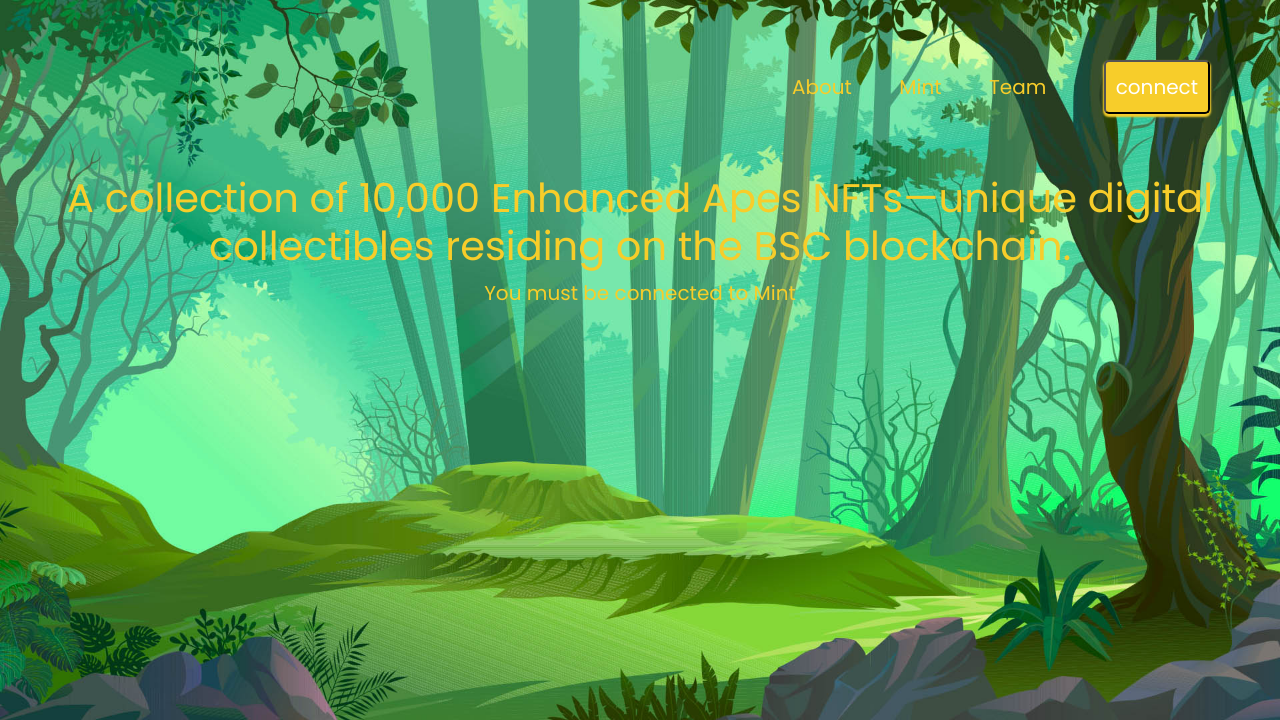
Repository: Stephegbenga/Minting-Dapp
Page: /
The author's editor kept a copy of each file at every save. The page is drawn from the files as they stood at one save, then again after the next save.
The browser window is 1280 px wide. The pictures show the whole page.
The project was rebuilt for these pictures with package versions that can differ from the ones it lists, and the page was loaded fresh each time.

Above is the page before, as saved 2022-04-07 17:08:39.

### public/index.html
<!DOCTYPE html>
<html lang="en">
  <head>
    <meta charset="utf-8" />
    <link rel="icon" href="%PUBLIC_URL%/En favicon.ico" />
    <meta name="viewport" content="width=device-width, initial-scale=1" />
    <meta name="theme-color" content="#000000" />
    <meta
      name="description"
      content="Web site created using create-react-app"
    />

    <link rel="apple-touch-icon" href="%PUBLIC_URL%/logo192.png" />
    <!--
      manifest.json provides metadata used when your web app is installed on a
      user's mobile device or desktop. See https://developers.google.com/web/fundamentals/web-app-manifest/
    -->
    <link rel="manifest" href="%PUBLIC_URL%/manifest.json" />
    <!--
      Notice the use of %PUBLIC_URL% in the tags above.
      It will be replaced with the URL of the `public` folder during the build.
      Only files inside the `public` folder can be referenced from the HTML.

      Unlike "/favicon.ico" or "favicon.ico", "%PUBLIC_URL%/favicon.ico" will
      work correctly both with client-side routing and a non-root public URL.
      Learn how to configure a non-root public URL by running `npm run build`.
    -->
    <link rel="stylesheet" href="https://stackpath.bootstrapcdn.com/bootstrap/4.3.1/css/bootstrap.min.css"/>

    <title>React App</title>
  </head>
  <body>
    <noscript>You need to enable JavaScript to run this app.</noscript>
    <div id="root"></div>
    <!--
      This HTML file is a template.
      If you open it directly in the browser, you will see an empty page.

      You can add webfonts, meta tags, or analytics to this file.
      The build step will place the bundled scripts into the <body> tag.

      To begin the development, run `npm start` or `yarn start`.
      To create a production bundle, use `npm run build` or `yarn build`.
    -->
  </body>
</html>

### src/index.js
import React from 'react';
import ReactDOM  from 'react-dom';
import './index.css';
import App from './App';
import './Font/ThunderDemo.ttf'


ReactDOM.render(
  <App />,
  document.getElementById('root')

);

### src/App.js
import './App.css';


import { useState } from 'react';
import './App.css';
import MainMint from './MainMint'
import Navbar from './NavBar'

function App() {
    const [accounts, setAccounts] = useState([]);

    return (
        <div className="overlay">
            <div className='App'>
                <Navbar accounts={accounts} setAccounts={setAccounts} />
                <MainMint accounts={accounts} setAccounts={setAccounts} />
            </div>
            <div className='Background'></div>
        </div>
    );
}

export default App;

### src/App.css
@import url("https://fonts.googleapis.com/css?family=Poppins");


.App {
  text-align: center;
  font-family: "poppins";
  font-size: 20px;
  color: #f7cd2a;
}

* {
  box-sizing: border-box;
}

body {
  overflow: hidden;
}

.overlay {
  opacity: 1;
  width: 100%;
  height: 100%;
  z-index: 10;
  top: 0;
  left: 0;
  position: fixed;
}

.Background {
  z-index: -1;
  position: absolute;
  top: 0;
  left: 0;
  right: 0;
  bottom: 0;
  background-image: url("./Assets/Background/background.jpg");
  background-size: cover;
  background-repeat: no-repeat;
  background-attachment: fixed;
  background-position: 40% 40%;
}

### src/MainMint.js
import { useState } from "react";
import{ ethers, BigNumber } from "ethers";
import { Box, Button, Flex, Flow, Text, Input } from "@chakra-ui/react"
import Kongz from "./Kongz/Kongz.json";

const KongzAddress = "0x0aee4e215fd9c07093fc7c31f67028e291c633c5";

const MainMint = ({ accounts, setAccounts}) => {
    const [mintAmount, setMintAmount] = useState(1);
    const isConnected = Boolean(accounts[0]);

    async function handleMint() {
        if (window.ethereum) {
            const provider = new ethers.providers.Web3Provider(window.ethereum);
            const signer = provider.getSigner();
            const contract = new ethers.Contract(
                KongzAddress,
                Kongz.abi,
                signer
            );
            try {
                const response = await contract.mint(BigNumber.from(mintAmount));
                console.log('response: ', response);
            }   catch (err) {
                console.log("error: ", err)
            }
        }
    }

    const handleDecrement = () => {
        if (mintAmount <= 1) return;
        setMintAmount(mintAmount + 1);
    };

    return (
        <div>
            <h1>A collection of 10,000 Enhanced Apes NFTs—unique digital collectibles residing on the BSC blockchain.</h1>
            {isConnected ? (
            <div>
                <div>
                    <button onClick={handleDecrement}>-</button>
                    <input type="number" value={mintAmount} />
                    <button onClick={handleDecrement}>+</button>
                </div>
                <button onClick={handleMint}>Mint Now</button>
            </div>
        ) : (
            <p>You must be connected to Mint</p>
        )}
        </div>

    );
};

export default MainMint;

### src/NavBar.js
import React from "react";
import { Box, Button, Flex, Flow, Image, Link, Spacer } from "@chakra-ui/react"

const Navbar = ({ accounts, setAccounts }) => {
    const isConnected = Boolean(accounts[0]);

    async function connectAccount() {
        if (window.ethereum) {
            const accounts = await window.ethereum.request({
               method: "eth_requestAccounts",
            });
            setAccounts(accounts);
        }
    }

    return (
        <Flex justify="space-between" align="center" padding="30px">
            {/* { left side - socials } */}

            <Flex justify="space-around" width="40%" padding="0 75px">

            </Flex>

            {/* {RIght SIde - Section and connect} */}
            <Flex
                justify="space-around"
                align="center"
                width="40%"
                padding="30px"
            >
            <box margin="0 15px">About</box>
            <Spacer />
            <box margin="0 15px">Mint</box>
            <Spacer />
            <box margin="0 15px">Team</box>
            <Spacer />


            {/* connect */}
            {isConnected ? (
                <box margin="0 15px">Conncted</box>
            ) : (
                <Button
                    backgroundColor="#f7cd2a"
                    borderRadius="5px"
                    boxShadow="0px 2px 2px 1px #f7cd2a"
                    color="white"
                    fontFamily="inherit"
                    padding="10px"
                    margin="0 10px"
                    onClick={connectAccount}
                >
                    connect
                </Button>
            )}
            </Flex>
        </Flex>
    );

};

export default Navbar;

Loaded but not shown: src/index.css (common file); src/Kongz/Kongz.json (1020 lines, source omitted)

After the next save:
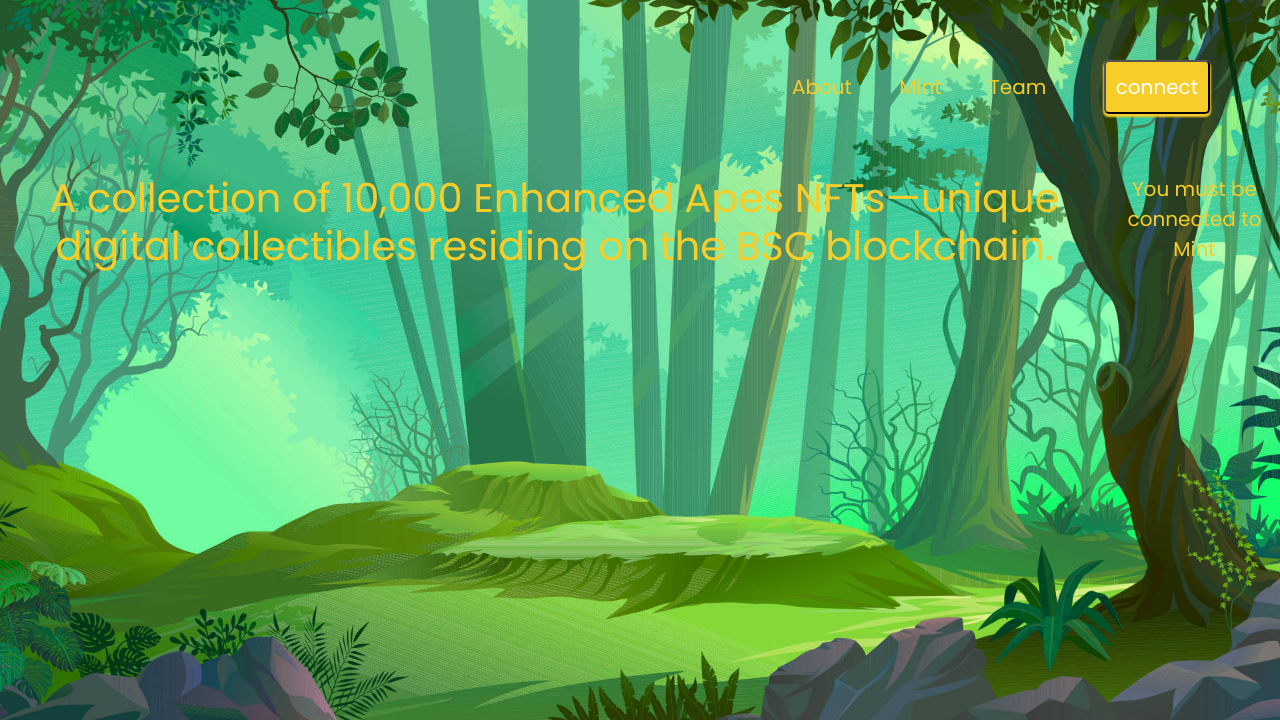
Saved 61 s later.
--- a/src/MainMint.js
+++ b/src/MainMint.js
@@ -33,7 +33,7 @@ const MainMint = ({ accounts, setAccounts}) => {
     };
 
     return (
-        <div>
+        <Flex>
             <h1>A collection of 10,000 Enhanced Apes NFTs—unique digital collectibles residing on the BSC blockchain.</h1>
             {isConnected ? (
             <div>
@@ -47,7 +47,7 @@ const MainMint = ({ accounts, setAccounts}) => {
         ) : (
             <p>You must be connected to Mint</p>
         )}
-        </div>
+        </Flex>
 
     );
 };
